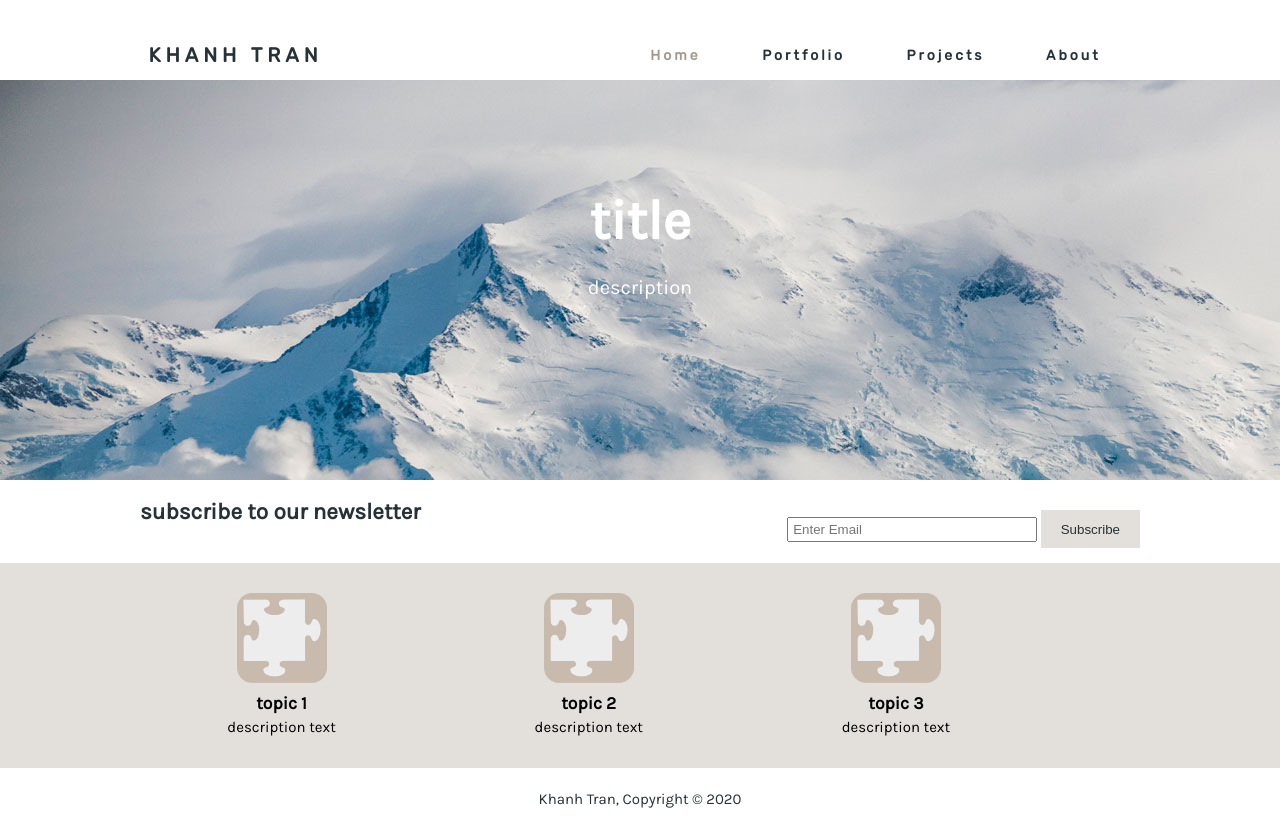
Repository: KTPo/KTPo.github.io
Page: index.html
The author's editor kept a record of every edit. The page is drawn from the files as they stood at one moment, then again after the next edit.
The browser window is 1280 px wide. The pictures show the whole page.

Above is the page before.

After the next edit:
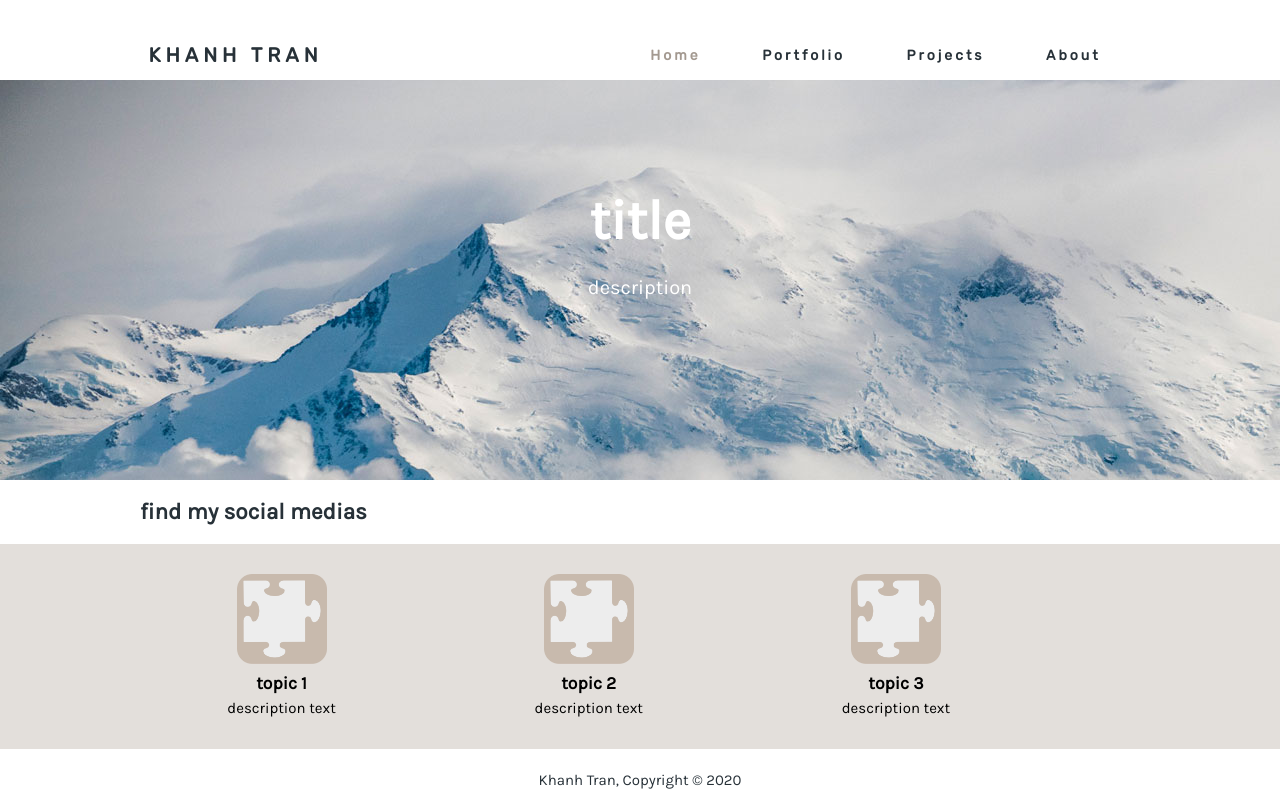
The edit:
--- a/index.html
+++ b/index.html
@@ -48,10 +48,10 @@
 
         <section id = "newsletter">
             <div class = "container">
-                <h1>subscribe to our newsletter</h1>
+                <h1>find my social medias</h1>
                 <form>
-                    <input type = "email" placeholder = "Enter Email">
-                    <button type = "submit" class = "button_1">Subscribe</button>
+                    <!--<input type = "email" placeholder = "Enter Email">
+                    <button type = "submit" class = "button_1">Subscribe</button>-->
                 </form>
             </div>
         </section>
